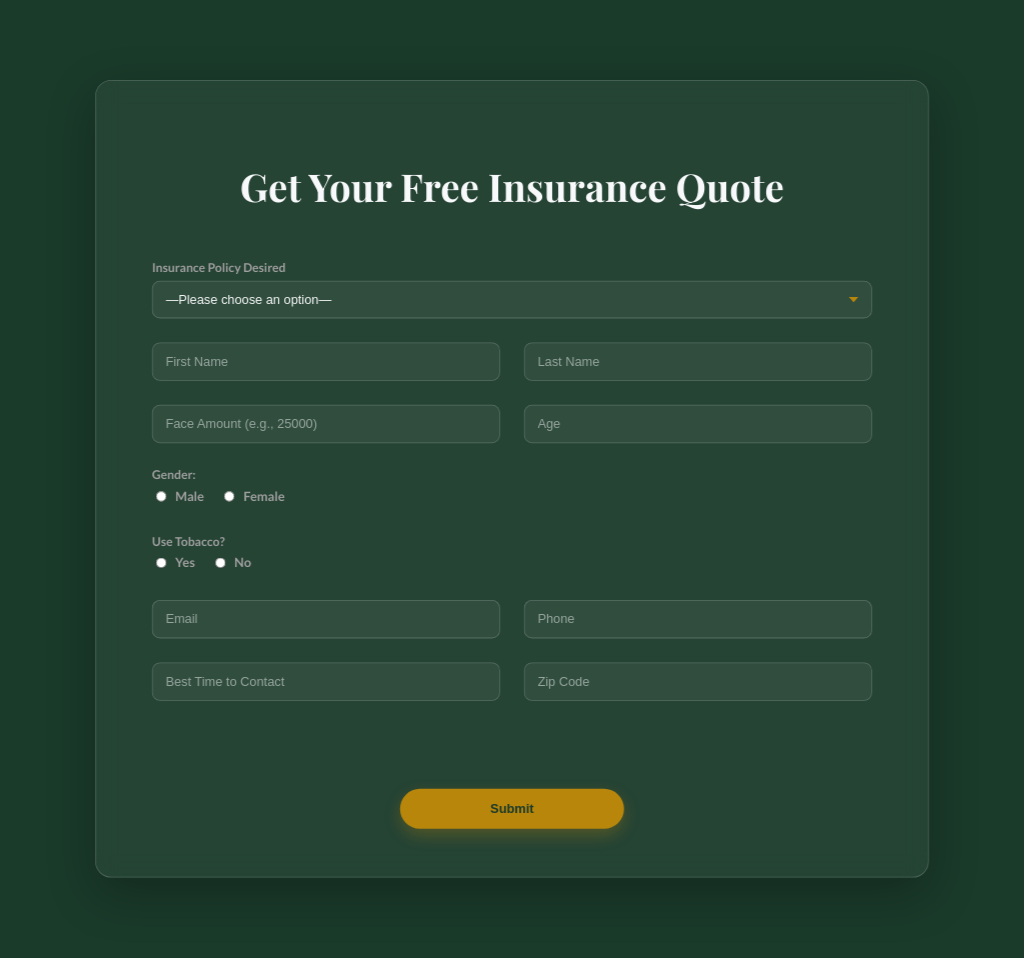
Repository: nighttimeweb/mountain-lux
Page: quote.html
An editor plug-in stored every save of this project. The page is shown before and after the next save, followed by the edit.
The browser window is 1280 px wide. The pictures show the whole page, at 80% of full size.

Above is the page before, as saved 2025-05-06 00:36:00.

After the next save:
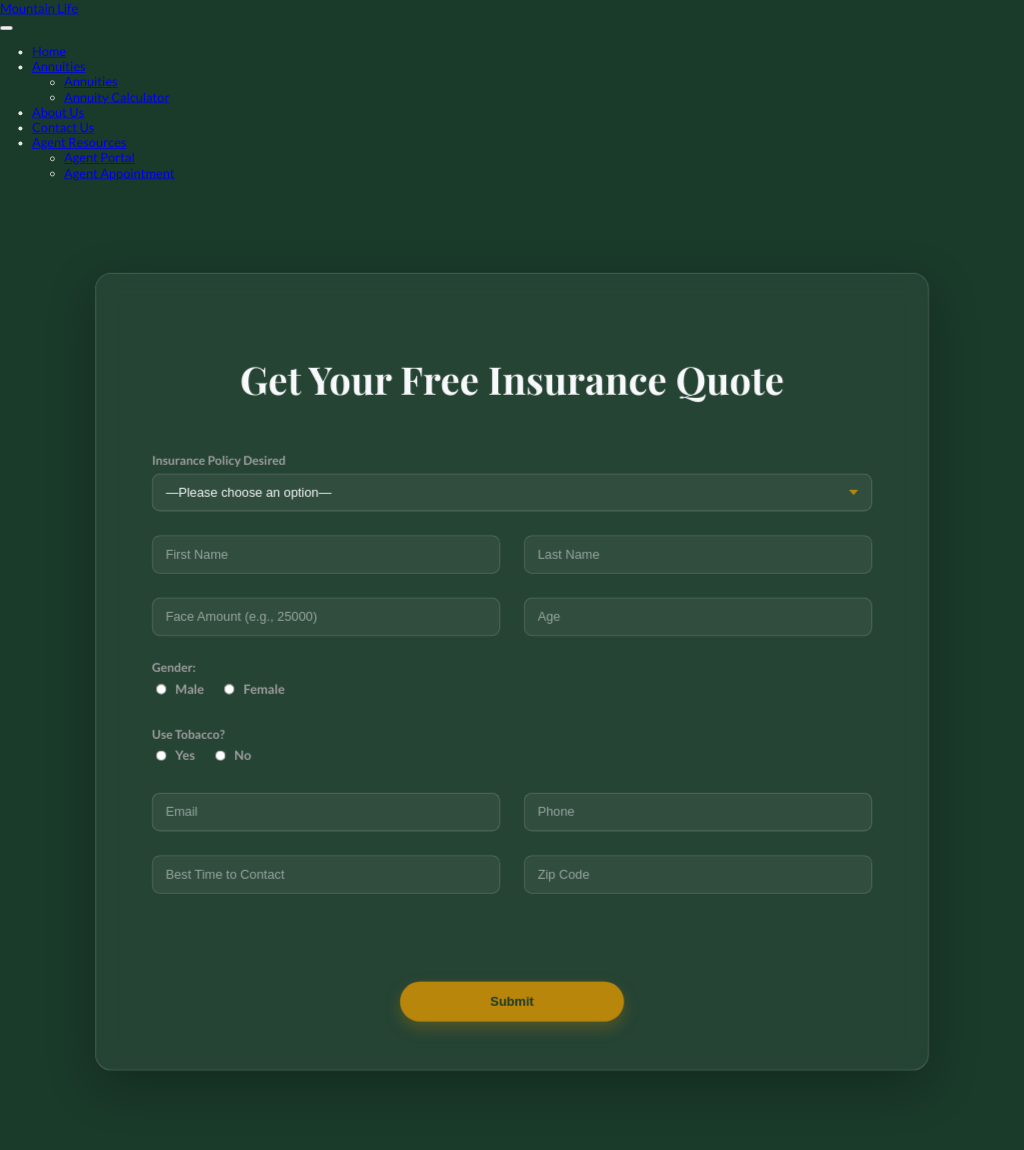
Saved 55 s later.
--- a/quote.html
+++ b/quote.html
@@ -199,6 +199,44 @@
   </style>
 </head>
 <body>
+  <header class="site-header">
+    <div class="container">
+      <div class="logo" data-aos="fade-down">
+        <a href="#">Mountain Life</a>
+      </div>
+
+      <button class="nav-toggle" aria-label="Toggle navigation">
+        <span class="bar"></span>
+        <span class="bar"></span>
+        <span class="bar"></span>
+      </button>
+
+      <nav class="main-nav" data-aos="fade-down" data-aos-delay="100">
+        <ul>
+          <li><a href="index.html#">Home</a></li>
+
+          <li class="has-dropdown" data-dropdown>
+            <a href="index.html#annuities">Annuities</a>
+            <ul class="dropdown">
+              <li><a href="index.html#annuities">Annuities</a></li>
+              <li><a href="annuity-calculator.html">Annuity Calculator</a></li>
+            </ul>
+          </li>
+
+          <li><a href="index.html#about">About Us</a></li>
+          <li><a href="index.html#contact">Contact Us</a></li>
+
+          <li class="has-dropdown" data-dropdown>
+            <a href="#">Agent Resources</a>
+            <ul class="dropdown">
+              <li><a href="agent-portal.html">Agent Portal</a></li>
+              <li><a href="agent-appointment.html">Agent Appointment</a></li>
+            </ul>
+          </li>
+        </ul>
+      </nav>
+    </div>
+  </header>
   <main>
     <section class="quote-form">
       <div class="glass-card">
